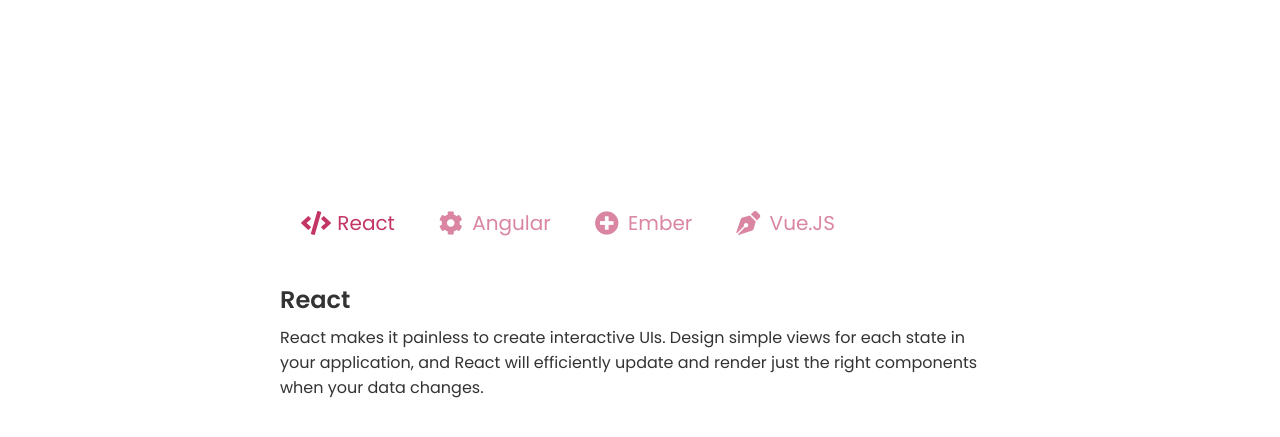
Repository: NguyenMinhTho2207/MT.Shoppe
Page: index-test.html
These files come from the project's save history. The page is drawn as it stood at one moment and after the next save; the edit follows.
The browser window is 1280 px wide. The pictures show the whole page.

Above is the page before, as saved 2021-11-29 23:46:46.

After the next save:
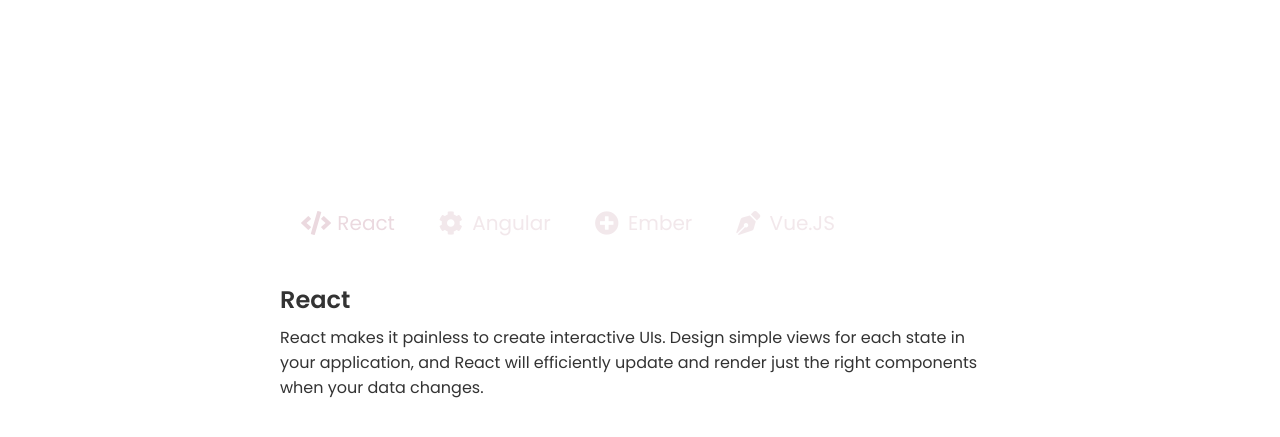
Saved 9 h 8 min later.
--- a/styleTest.css
+++ b/styleTest.css
@@ -30,7 +30,7 @@
   padding: 16px 20px 11px 20px;
   font-size: 20px;
   text-align: center;
-  color: #c23564;
+  color: #ebd9df;
   background-color: #fff;
   border-top-left-radius: 5px;
   border-top-right-radius: 5px;
